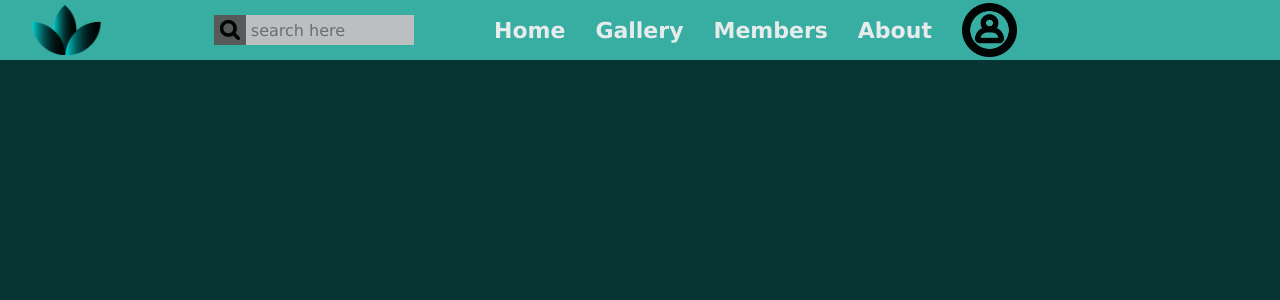
Repository: RawahaMR11/my_assignments
Page: rawaha computer/Shah Designs web/Shah home page.html
An editor plug-in stored every save of this project. The page is shown before and after the next save, followed by the edit.
The browser window is 1280 px wide. The pictures show the whole page.

Above is the page before, as saved 2024-12-12 17:31:50.

### rawaha computer/Shah Designs web/Shah home page.html
<!DOCTYPE html>
<html lang="en">
<head>
      <meta charset="UTF-8">
      <meta name="viewport" content="width=device-width, initial-scale=1.0">
      <title>Shah Designs</title>
      <link rel="stylesheet" href="Shah home page.css">
</head>
<body>
<div class="my-display">
      <header>
            <div class="logo">
                  <img src="logo.png" alt="Shah Designs logo">
            </div><!--end logo-->
            <div class="search">
                  <img src="search.png" alt="Search-icon">
                  <input type="text" placeholder="search here">
            </div><!--end search-->
            <div class="home">
                  <a href="Shah home page.html">Home</a>
            </div><!--end home-->
            <div class="gallery">
                  <a href="#">Gallery</a>
            </div><!--end gallery-->
            <div class="members">
                  <a href="#">Members</a>
            </div><!--end members -->
            <div class="about">
                  <a href="#">About</a>
            </div><!--end about-->
            <div class="login">
                  <img src="sign in.png" alt="Login">
            </div><!--end login-->
      </header>
</div>
</body>
</html>

### rawaha computer/Shah Designs web/Shah home page.css
* {
      margin: 0;
      padding: 0;
}
body {
      display: block;
      font-size: 14px;
      background-color: rgb(6, 53, 51);
}
.my-display {
      width: 80%;
      margin: 0 auto;
      height: 100%;
      width: 100%;
}
/* css for opening my page on tablets (screens with width <=768px) */
@media screen and (max-width: 768px) {
      body {
            font-size: 16px;
      }
      .my-display {
            width: 100%;
      }
}
/* css for opening my page on laptops,pcs etc (screens with width <=1080px) */
@media screen and (max-width: 1080px) {
      body {
            font-size: 14px;
      }
      .my-display {
            width: 100%;
      }
}
/* css for opening my page on phones (screens with width <=480px) */
@media screen and (max-width: 480px) {
      body {
            font-size: 10px;
      }
      .my-display {
            width: 100%;
      }
}
header {
      width: 100%;
      height: 60px;
      display: flex;
      align-items: center;
      background-color: rgb(62, 188, 176);
      opacity: 90%;
      gap: 30px;
}
.logo {
      height: 83%;
      width: 70px;
      margin: 0 2rem 0;
}
.logo img {
      height: 100%;
      width: 100%;
}
.search {
      width: 200px;
      height: 30px;
      background-color: rgb(95, 95, 95);
      display: flex;
      align-items: center;
      justify-content: space-evenly;
      margin: 0 50px 0;
}
.search img {
      width: 10%;
      height: 65%;
      padding: 6px;
}
.search input {
      width: 90%;
      padding: 5.34px;
      border: none;
      outline: none;
      background-color: rgb(207, 207, 207);
      font-family: Verdana, Geneva, Tahoma, sans-serif;
      font-size: 16px;
}
.home {
      font-family: Verdana, Geneva, Tahoma, sans-serif;
      font-size: 22px;
}
.home a {
      text-decoration: none;
      font-weight: 700;
      color: white;
}
.gallery {
      font-family: Verdana, Geneva, Tahoma, sans-serif;
      font-size: 22px;
}
.gallery a {
      text-decoration: none;
      font-weight: 700;
      color: white;
}
.members {
      font-family: Verdana, Geneva, Tahoma, sans-serif;
      font-size: 22px;
}
.members a {
      text-decoration: none;
      font-weight: 700;
      color: white;
}
.about {
      font-family: Verdana, Geneva, Tahoma, sans-serif;
      font-size: 22px;
}
.about a {
      text-decoration: none;
      font-weight: 700;
      color: white;
}
.login {
      height: 90%;
      width: 55px;
      float: right;
}
.login img {
      height: 100%;
      width: 100%;
      cursor: pointer;
}

After the next save:
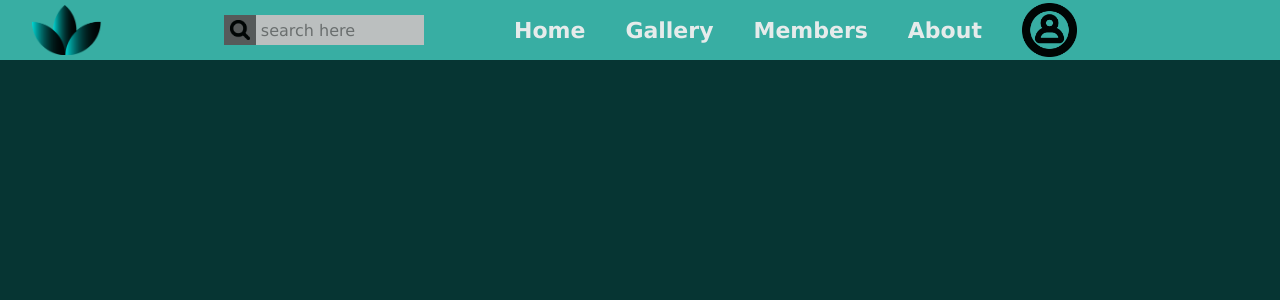
Saved 17 s later.
--- a/rawaha computer/Shah Designs web/Shah home page.css
+++ b/rawaha computer/Shah Designs web/Shah home page.css
@@ -47,7 +47,7 @@ header {
       align-items: center;
       background-color: rgb(62, 188, 176);
       opacity: 90%;
-      gap: 30px;
+      gap: 40px;
 }
 .logo {
       height: 83%;
